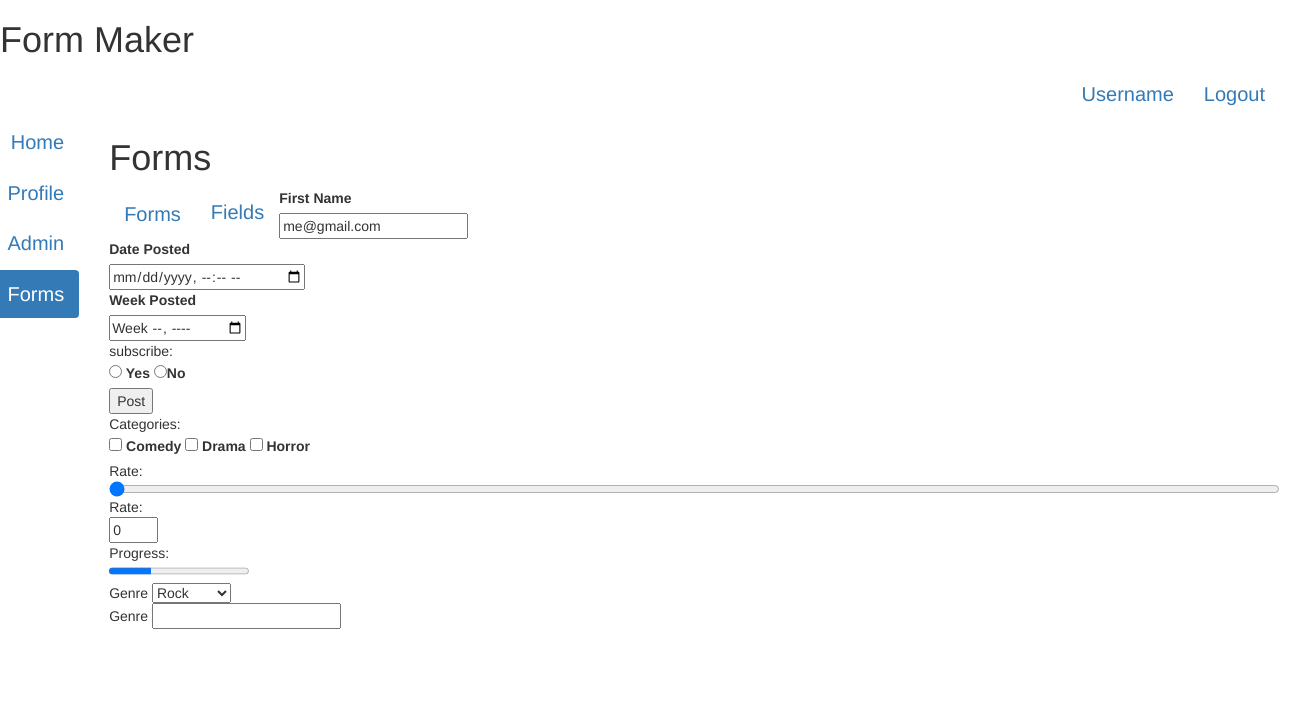
Repository: dishant8/Web-development
Page: public/WebDevWorkspace/Assignment1/WebContent/Css/Bootstrap/form-fields.html
These files come from the project's save history. The page is drawn as it stood at one moment and after the next save; the edit follows.
The browser window is 1280 px wide. The page is 1295 px wide, so the pictures cover 1295 px, including what lies to the right of the window. The pictures show the whole page.

Above is the page before, as saved 2015-10-01 02:14:55.

After the next save:
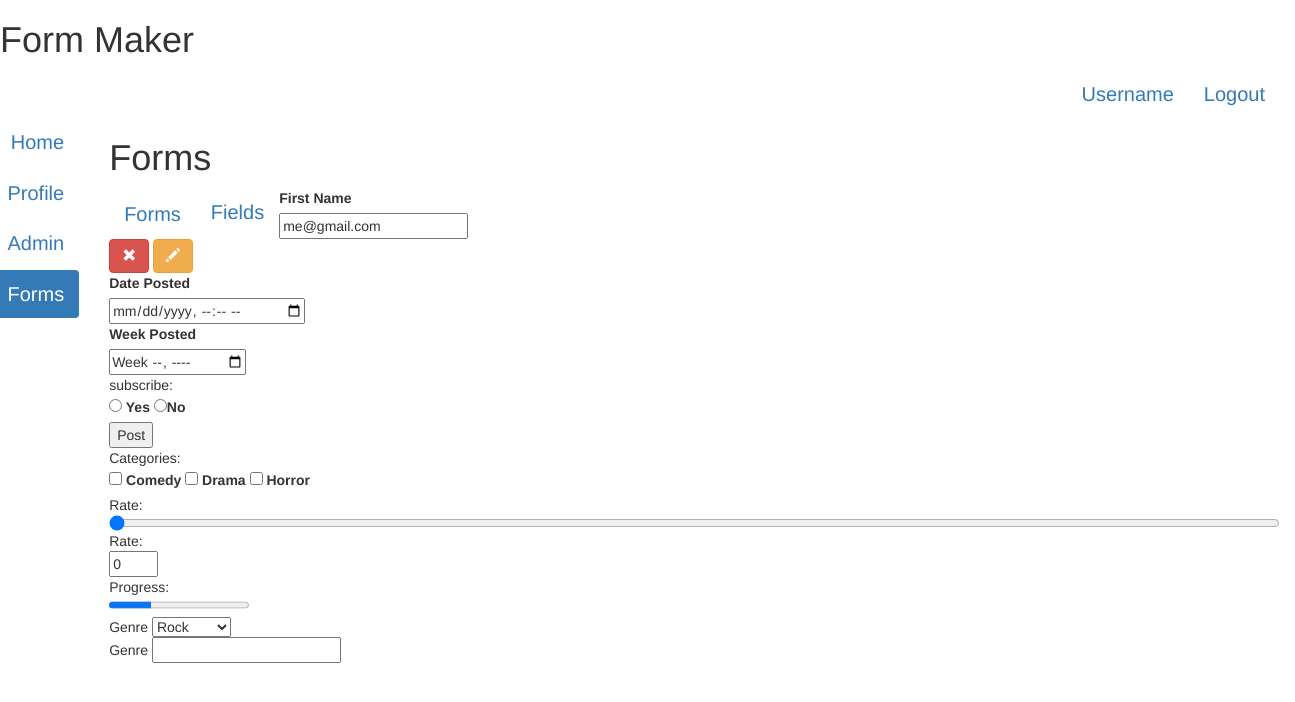
Saved 2 min 28 s later.
--- a/public/WebDevWorkspace/Assignment1/WebContent/Css/Bootstrap/form-fields.html
+++ b/public/WebDevWorkspace/Assignment1/WebContent/Css/Bootstrap/form-fields.html
@@ -52,6 +52,12 @@
 					placeholder="First Name" title="please enter your First Name"
 					name="first name" type="email" />
 			</div>
+
+			<div><a href="#" class="btn btn-danger"> <scan
+									class="glyphicon glyphicon-remove"></scan>
+						</a> <a href="#" class="btn btn-warning"> <scan
+									class="glyphicon glyphicon-pencil"></scan>
+						</a></td>
 		</div>
 
 		<div>
